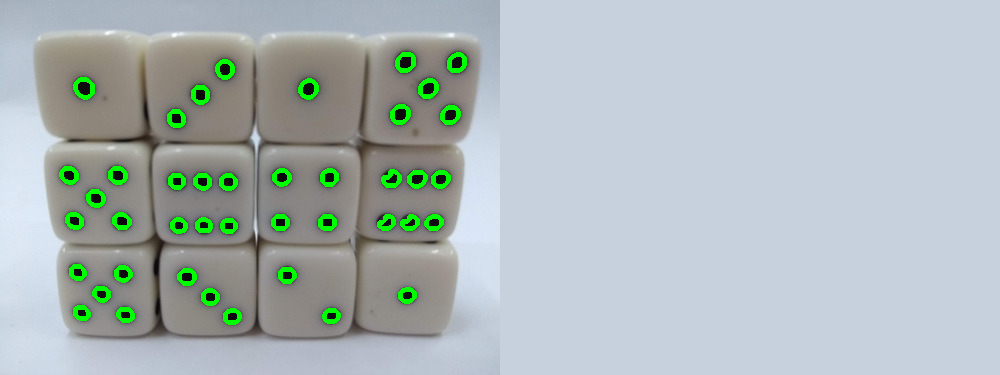
Repository: kaiofbgarcia/OpenCV
Script's output: python Dados/dadosPilha2.py
These files come from the project's save history. The script's output is drawn as it stood at one moment and after the next save; the edit follows.
Random numbers start from a fixed seed. It also reads Dados/imgDados/dadosPilha.jpg, Dados/imgDados/dadosPilha2.jpg.

Above is the script's output before, as saved 2022-07-01 17:18:47.

### Dados/dadosPilha2.py
import cv2
from cv2 import THRESH_BINARY
from cv2 import erode
import numpy as np
from numpy import binary_repr

imagem = cv2.imread("imgDados/dadosPilha.jpg")          # Carregar a imagem
gray = cv2.cvtColor(imagem, cv2.COLOR_BGR2GRAY)     # GrayScale
blur = cv2.blur(gray,(3,3))                       # Blur ###############

ret,binary = cv2.threshold(blur , 30 ,255, cv2.THRESH_BINARY)         # Binarização ################
ret1,binary1 = cv2.threshold(binary,127,255,cv2.THRESH_BINARY_INV)   # Inverter a Binarização

kernel = np.ones((5,5), np.uint8)                   # Erosão
erosion = cv2.erode(binary1, kernel, iterations=1)  # Erosão
dilation = cv2.dilate(erosion, kernel, iterations=1)

contours, hierarchy = cv2.findContours(dilation, cv2.RETR_TREE, cv2.CHAIN_APPROX_SIMPLE) # Procura os Objetos
cont = len(contours)                                                                     # Conta os Objetos

cv2.drawContours(imagem, contours, -1, (0,255,0), 3)

print("Resultado dos dados: ", cont)

cv2.imshow("Dilatation", imagem)

cv2.waitKey(0)

After the next save:
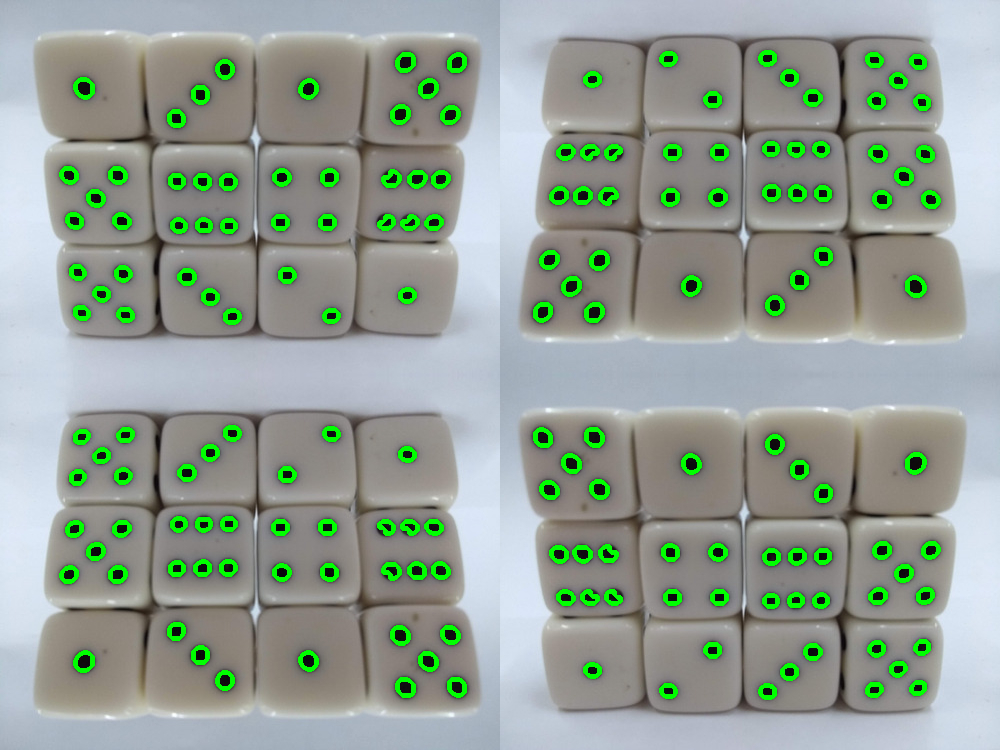
Saved 61 s later.
--- a/Dados/dadosPilha2.py
+++ b/Dados/dadosPilha2.py
@@ -4,7 +4,7 @@ from cv2 import erode
 import numpy as np
 from numpy import binary_repr
 
-imagem = cv2.imread("imgDados/dadosPilha.jpg")          # Carregar a imagem
+imagem = cv2.imread("imgDados/dadosPilha2.jpg")          # Carregar a imagem
 gray = cv2.cvtColor(imagem, cv2.COLOR_BGR2GRAY)     # GrayScale
 blur = cv2.blur(gray,(3,3))                       # Blur ###############
 
